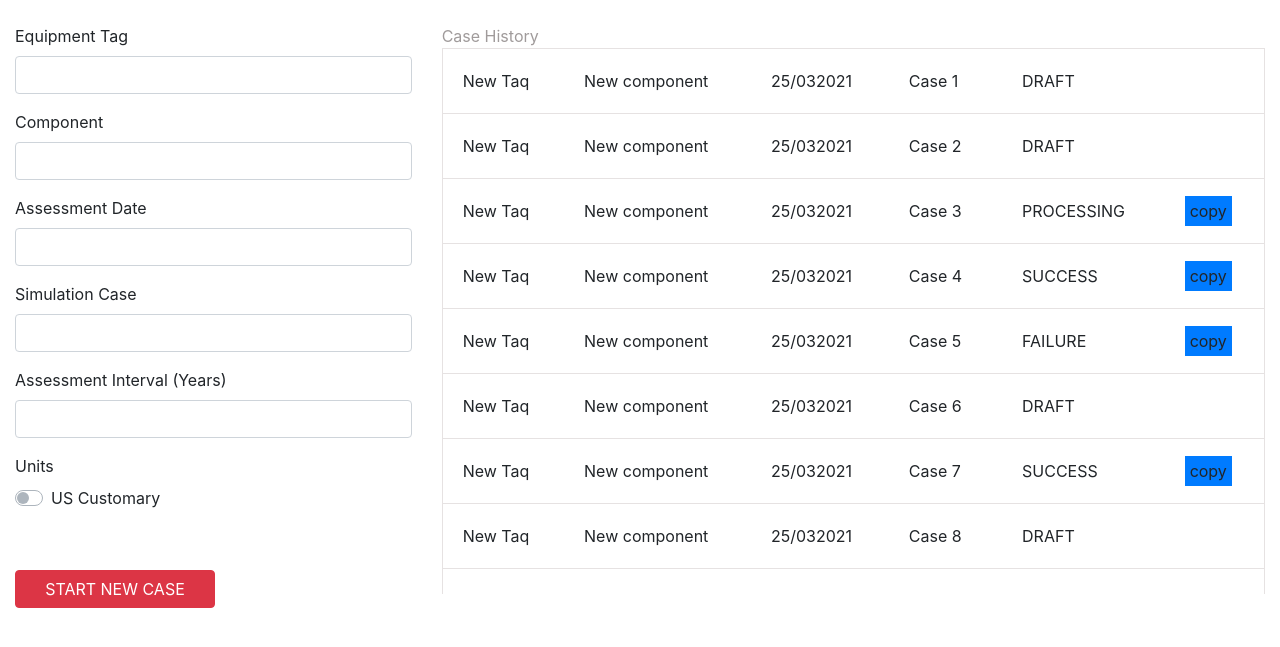
Repository: arif286/dashboard
Page: /
The author's editor kept a copy of each file at every save. The page is drawn from the files as they stood at one save, then again after the next save.
The browser window is 1280 px wide. The pictures show the whole page.
An inner scrolling area shows only its first screen. The project was rebuilt for these pictures with package versions that can differ from the ones it lists, and the page was loaded fresh each time. The framework's server and built-in components were replaced by stand-ins that run in the browser. Also part of the build but not shown: nuxt.config.js, components/Nav.vue.

Above is the page before, as saved 2021-06-18 19:37:56.

### components/Form.vue
<template>
  <div>
    <form class="Assessment-input" action="">
      <div class="mb-3">
        <label for="Input1" class="form-label">Equipment Tag</label>
        <input id="Input1" type="text" class="form-control">
      </div>
      <div class="mb-3">
        <label for="Input2" class="form-label">Component</label>
        <input id="Input2" type="text" class="form-control">
      </div>
      <div class="mb-3">
        <label for="Input3" class="form-label">Assessment Date</label>
        <input id="Input3" type="text" class="form-control">
      </div>
      <div class="mb-3">
        <label for="Input4" class="form-label">Simulation Case</label>
        <input id="Input4" type="text" class="form-control">
      </div>
      <div class="mb-3">
        <label for="Input5" class="form-label">Assessment Interval (Years)</label>
        <input id="Input5" type="text" class="form-control">
      </div>
      <div>
        <label for="Input5" class="form-label">Units</label>
        <b-form-checkbox v-model="checked" name="check-button" switch>
          US Customary
        </b-form-checkbox>
      </div>
      <b-button class="submit-button" type="submit" variant="danger">
        START NEW CASE
      </b-button>
    </form>
  </div>
</template>
<script>
export default {
  data () {
    return {
      form: {
        email: '',
        name: '',
        food: null,
        checked: []
      },
      foods: [
        { text: 'Select One', value: null },
        'Carrots',
        'Beans',
        'Tomatoes',
        'Corn'
      ],
      show: true,
      checked: false
    }
  },
  methods: {
    onSubmit (event) {
      event.preventDefault()
      alert(JSON.stringify(this.form))
    }
  }
}
</script>
<style>
.submit-button {
  width: 200px;
  margin-top: 60px;
}
.Assessment-input input:focus {
  border-color: red;
  box-shadow: none;
}
</style>

### components/Table.vue
<template>
  <div class="table-contain">
    <p class="title">
      Case History
    </p>
    <table class="w-100 table-border">
      <tbody>
        <tr v-for="item in data" :key="item.id">
          <td>{{ item.equipmentTag }}</td>
          <td>{{ item.component }}</td>
          <td>{{ item.assessmentDate }}</td>
          <td>Case {{ item.case }}</td>
          <td>{{ item.status }}</td>
          <td>
            <span :class="item.copy ? 'copy-btn' : ''">{{ item.copy ? 'copy' : '' }}</span>
          </td>
        </tr>
      </tbody>
    </table>
  </div>
</template>

<script>
export default {
  props: {
    data: {
      type: Array,
      required: true
    }
  }
}
</script>
<style scoped>

.table-border tr{
 border: 1px solid #e6e2e2;
}
.table-border td{
  padding: 20px;
}
.title{
  margin-bottom: 0px;
  color: #a09b9b;
}
.table-contain {
  height: 570px;
  overflow-y: scroll;
}
.copy-btn{
  background-color: #007bff;
  padding: 5px;
}
</style>

### pages/index.vue
<template>
  <div class="container">
    <div class="row mt-4">
      <div class="col-4">
        <Form />
      </div>
      <div class="col-8">
        <Table :data="dashboardData" />
      </div>
    </div>
  </div>
</template>

<script>
import { dashboardData } from '@/assets/dashboard.js'
// eslint-disable-next-line semi
export default {
  data () {
    return { dashboardData }
  }
}
</script>

<style>
.container {
  max-width: 1760px;
}
</style>

### assets/dashboard.js
export const dashboardData = [
  {
    id: 1,
    equipmentTag: 'New Taq',
    component: 'New component',
    assessmentDate: '25/032021',
    case: 1,
    status: 'DRAFT'
  },
  {
    id: 2,
    equipmentTag: 'New Taq',
    component: 'New component',
    assessmentDate: '25/032021',
    case: 2,
    status: 'DRAFT'
  },
  {
    id: 3,
    equipmentTag: 'New Taq',
    component: 'New component',
    assessmentDate: '25/032021',
    case: 3,
    status: 'PROCESSING',
    copy: true
  },
  {
    id: 4,
    equipmentTag: 'New Taq',
    component: 'New component',
    assessmentDate: '25/032021',
    case: 4,
    status: 'SUCCESS',
    copy: true
  },
  {
    id: 5,
    equipmentTag: 'New Taq',
    component: 'New component',
    assessmentDate: '25/032021',
    case: 5,
    status: 'FAILURE',
    copy: true
  },
  {
    id: 6,
    equipmentTag: 'New Taq',
    component: 'New component',
    assessmentDate: '25/032021',
    case: 6,
    status: 'DRAFT'
  },
  {
    id: 7,
    equipmentTag: 'New Taq',
    component: 'New component',
    assessmentDate: '25/032021',
    case: 7,
    status: 'SUCCESS',
    copy: true
  },
  {
    id: 8,
    equipmentTag: 'New Taq',
    component: 'New component',
    assessmentDate: '25/032021',
    case: 8,
    status: 'DRAFT'
  },
  {
    id: 9,
    equipmentTag: 'New Taq',
    component: 'New component',
    assessmentDate: '25/032021',
    case: 9,
    status: 'DRAFT'
  },
  {
    id: 10,
    equipmentTag: 'New Taq',
    component: 'New component',
    assessmentDate: '25/032021',
    case: 10,
    status: 'DRAFT'
  }
]

Loaded but not shown: layouts/default.vue (common file)

After the next save:
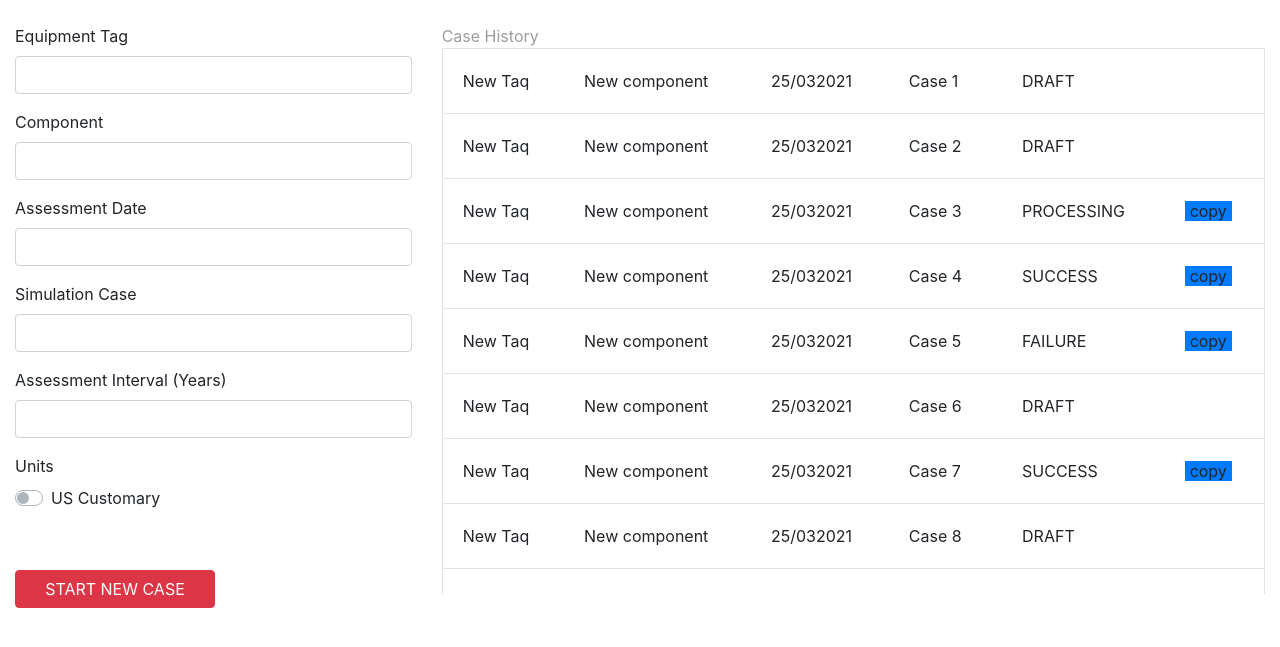
Saved 17 s later.
--- a/components/Table.vue
+++ b/components/Table.vue
@@ -48,6 +48,6 @@ export default {
 }
 .copy-btn{
   background-color: #007bff;
-  padding: 5px;
+  padding: 0px 5px;
 }
 </style>
